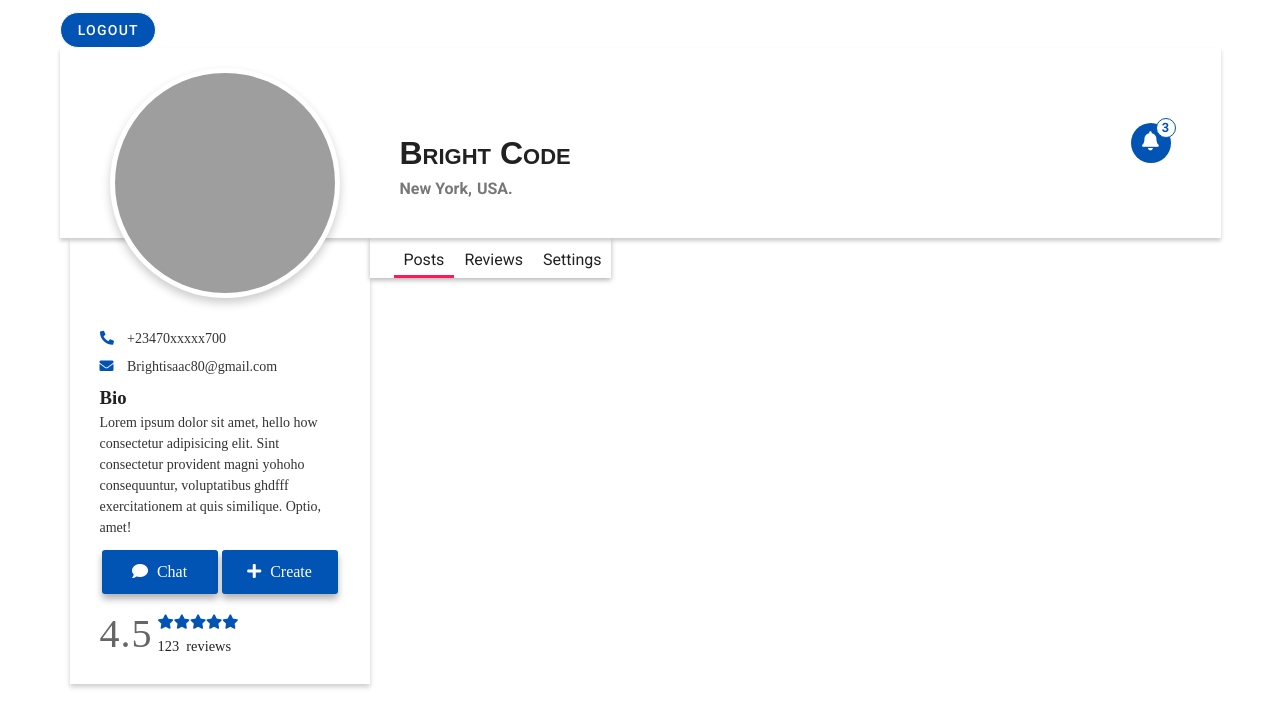
Repository: akinsikuoluwafemi/Pats_userAuth
Page: /userinfo
The author's editor kept a copy of each file at every save. The page is drawn from the files as they stood at one save, then again after the next save.
The browser window is 1280 px wide. The pictures show the whole page.
Pictures or frames that could not be fetched are drawn as grey boxes. The project was rebuilt for these pictures with package versions that can differ from the ones it lists, and the page was loaded fresh each time. Also part of the build but not shown: vue.config.js, src/views/Home.vue, src/components/Login.vue, src/components/Signup.vue.

Above is the page before, as saved 2020-11-05 01:51:05.

After the next save:
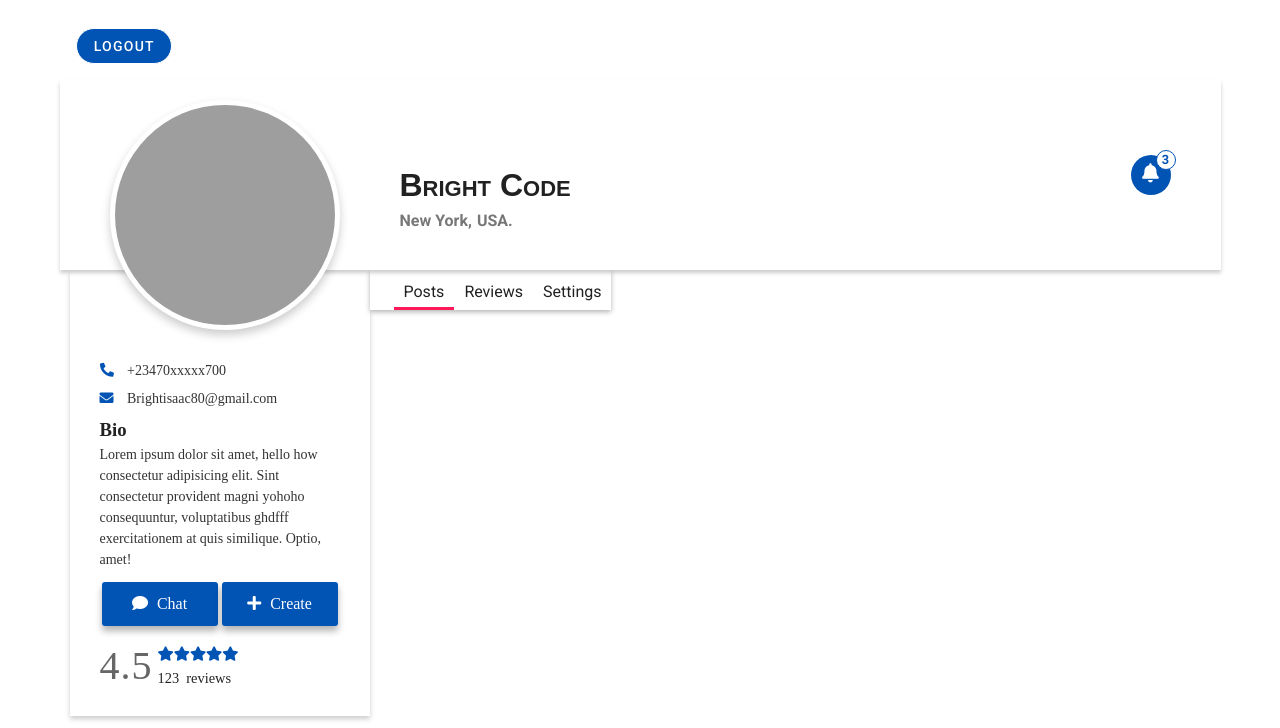
Saved 6 s later.
--- a/src/components/UserInfo.vue
+++ b/src/components/UserInfo.vue
@@ -1,7 +1,7 @@
 <template>
     <div class="container">
 
-  <v-btn rounded outlined="" v-bind:style="{ background: '#0153B4', margin: '' }" dark>Logout</v-btn>
+  <v-btn rounded outlined="" v-bind:style="{ background: '#0153B4', margin: '1rem' }" dark>Logout</v-btn>
 
 
 

After the save that followed:
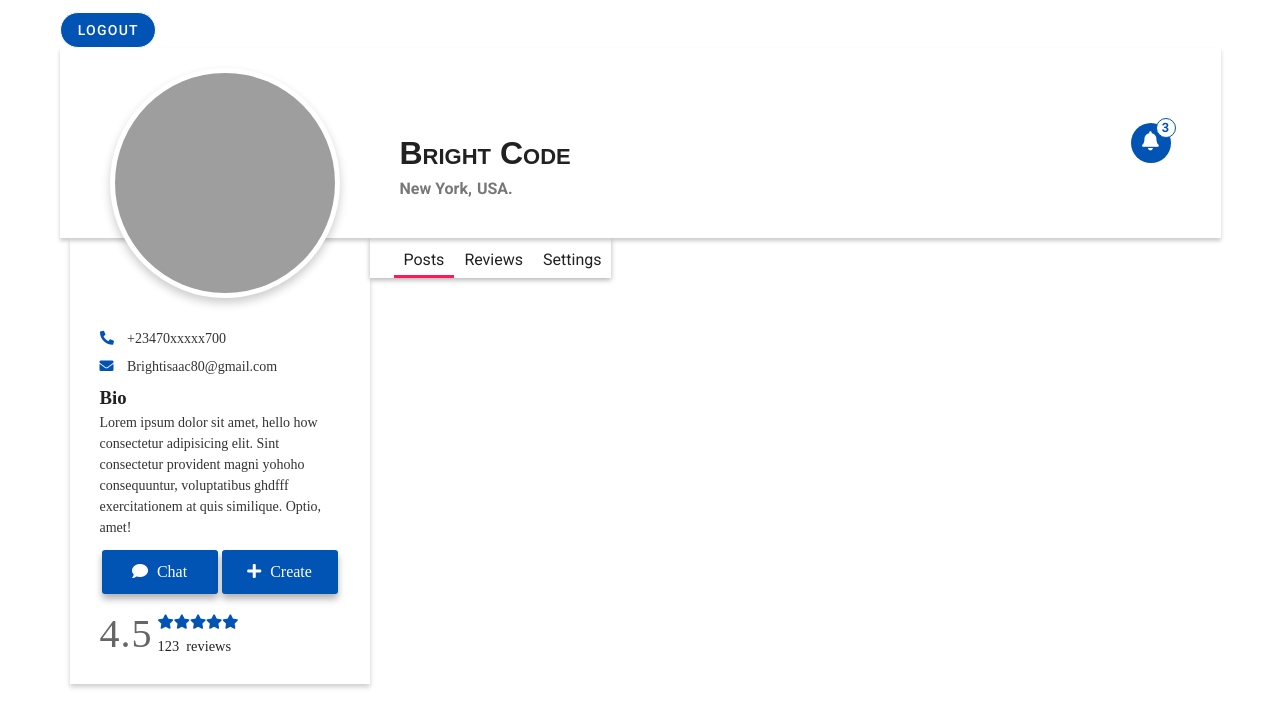
Saved 10 s later.
--- a/src/components/UserInfo.vue
+++ b/src/components/UserInfo.vue
@@ -1,7 +1,7 @@
 <template>
     <div class="container">
 
-  <v-btn rounded outlined="" v-bind:style="{ background: '#0153B4', margin: '1rem' }" dark>Logout</v-btn>
+  <v-btn rounded outlined="" v-bind:style="{ background: '#0153B4', padding: '1rem' }" dark>Logout</v-btn>
 
 
 
